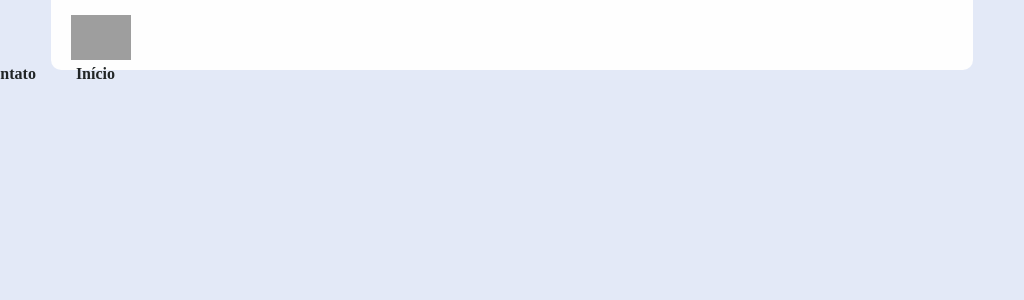
Repository: Matheus904-12/EggManSTORE
Page: index.html
These files come from the project's save history. The page is drawn as it stood at one moment and after a run of saves; the edit follows.
The browser window is 1024 px wide. The pictures show the whole page.
Pictures or frames that could not be fetched are drawn as grey boxes. Some web fonts or font styles are not loaded; a fallback is used.

Above is the page before, as saved 2023-11-02 14:48:05.

### index.html
<!DOCTYPE html>
<html lang="en">
<head>
    <meta charset="UTF-8">
    <meta http-equiv="X-UA-Compatible" content="IE=edge">
    <meta name="viewport" content="width=device-width, initial-scale=1.0">
    <title>Responsive Navbar using HTML, CSS and Javascript</title>
    <link rel="stylesheet" href="style.css">
</head>
<body>
    <header>
        <div class="logo">
            <img src="eggg.gif" alt="">
        </div>
        <input type="checkbox" id="nav_check" hidden>
        <nav>
            <div class="logo">
                <img src="eggg.gif" alt="">
            </div>
        <ul>
            <li>
                <a href="" class="active">Início</a>
            </li>
            <li>
                <a href="">Produtos</a>
            </li>
            <li>
                <a href="">Sobre</a>
            </li>
            <li>
                <a href="">Contato</a>
            </li>
            <li>
                <a href="">Início</a>
            </li>
        </ul>
    </nav>
    <label for="nav_check" class=".hamburger">
        <div></div>
        <div></div>
        <div></div>
    </label>
    </header>
</body>
</html>

### style.css
@font-face {
    font-family: "Poppins";
    src: url("./poppins.ttf");
}
* {
    padding: 0;
    margin: 0;
    box-sizing:border-box;
    list-style: none;
    text-decoration: none;
    font-family: "Poppins";
}
body {
    background: #E3E9F7;
}
img {
    width: 100%;
}
header {
    width: 80%;
    height: 70px;
    background: #FEFEFE;
    display: flex;
    align-items: center;
    justify-content: space-between;
    padding: 0 40px;
    border-radius: 0 0 10px 10px;
    margin: 0 auto;
}
.logo {
    width: 60px;
    margin-top: 8px;
}
nav .logo {
    display: none;
}
nav ul {
    display: flex;
}
nav ul li a {
    color: #212526;
    display: block;
    margin: 0 2px;
    font-weight: 600;
    padding: 8px 18px;
    transition: 0.2s;
    border-radius: 30px;
}
nav ul li a:hover {
    background: #F6F4FF;
}
nav ul li a:active {
    background: #4a2ec7;
    color: #FFF;
}
.hamburger {
    display: none;
    height: fit-content;
    cursor: pointer;
    padding: 3px 8px;
    border-radius: 5px;
    transition: 0.2s;
}
.hamburger:hover {
    background: #F6F4FF;
}
.hamburger div {
    width: 30px;
    height: 2px;
    margin: 6px 0;
    background: #212526;
}
@media only screen and (max-width: 1100px) {
    header {
        width: 90%;
        padding: 0 20px;
    }
    nav {
        position: absolute;
        left: -300px;
        top: 0;
        z-index: 999;
        width: 280px;
        height: 100vh;
        background-color:#FEFEFE;
        transition: 0.2s;
        box-shadow: 2px 0 20px 0 rgba(0, 0, 0, 0.05);
    }
    nav .logo {
        display: block;
        height: ;
    }
}

After the next 3 saves:
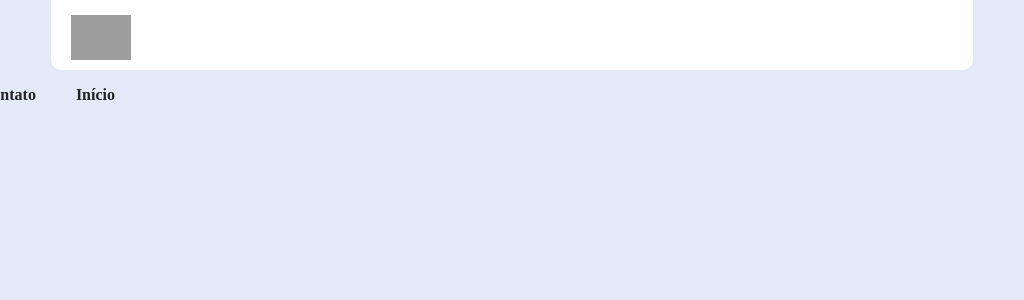
The 3 saves are shown as one change because they came seconds apart.
The last was saved 11 s later.
--- a/style.css
+++ b/style.css
@@ -88,6 +88,8 @@ nav ul li a:active {
     }
     nav .logo {
         display: block;
-        height: ;
+        height: 70px;
+        display: flex;
+
     }
 }
